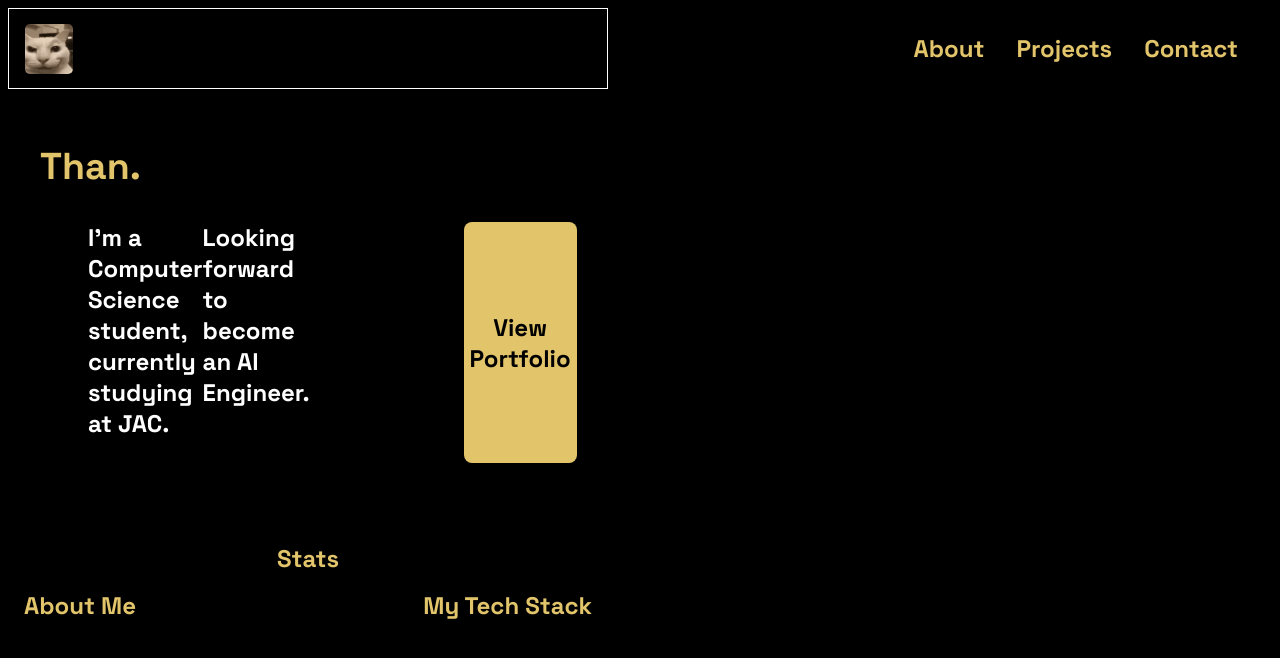
Repository: Than-dot/Than-dot
Page: index.html
An editor plug-in stored every save of this project. The page is shown before and after the next save, followed by the edit.
The browser window is 1280 px wide. The pictures show the whole page.

Above is the page before, as saved 2026-05-06 12:44:50.

After the next save:
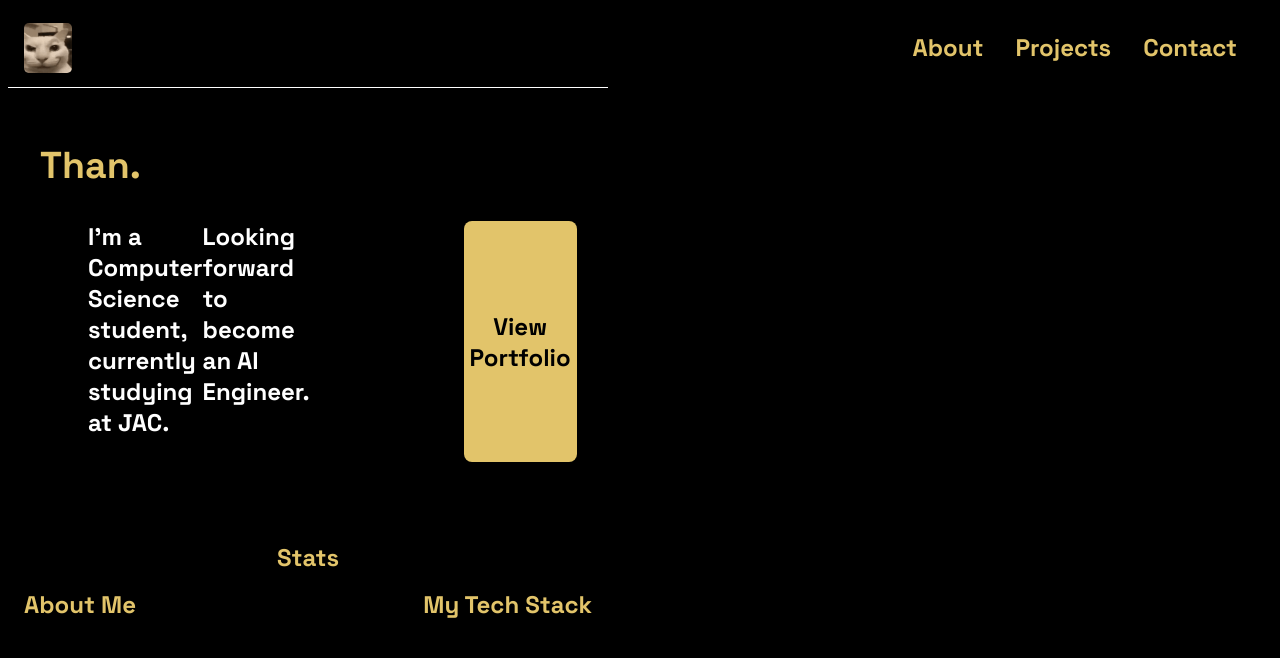
Saved 8 s later.
--- a/styles/index.css
+++ b/styles/index.css
@@ -68,7 +68,7 @@ img {
 nav {
   align-items: center;
   display: flex;
-  border: 1px solid white;
+  border-bottom: 1px solid white;
 }
 
 h1 {
